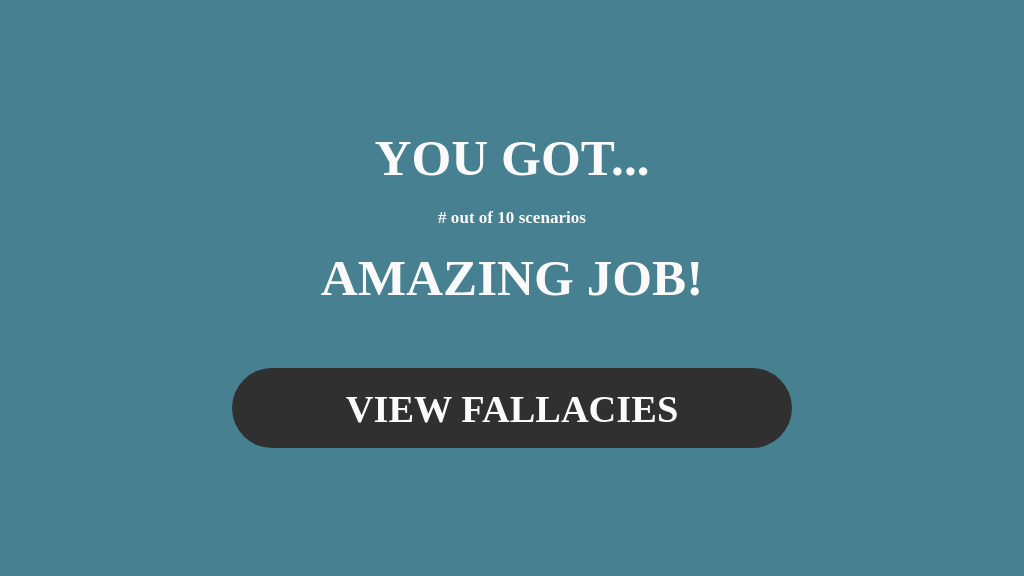
Repository: cindyvunguyen/fallacy
Page: index.html
An editor plug-in stored every save of this project. The page is shown before and after the next save, followed by the edit.
The browser window is 1280 px wide. The pictures show the whole page, at 80% of full size.
Some web fonts or font styles are not loaded; a fallback is used.

Above is the page before, as saved 2020-03-12 17:21:12.

After the next save:
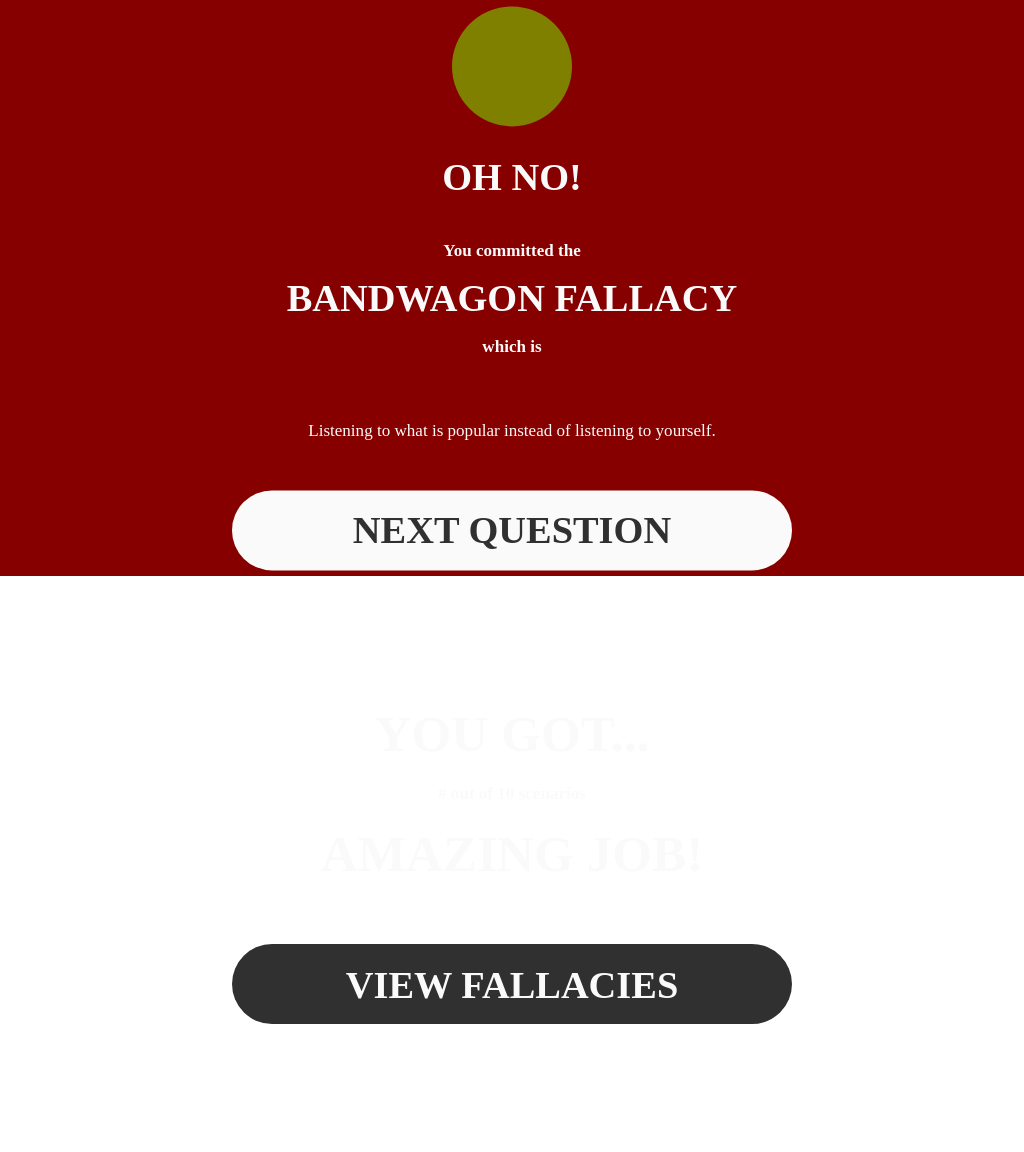
Saved 19 s later.
--- a/style.css
+++ b/style.css
@@ -130,8 +130,8 @@ body {
 #incorrect-page {
     width: 100vw;
     height: 100vh;
-    /* display: flex; */
-    display: none;
+    display: flex;
+    /* display: none; */
     flex-direction: column;
     align-items: center;
     justify-content: center;
